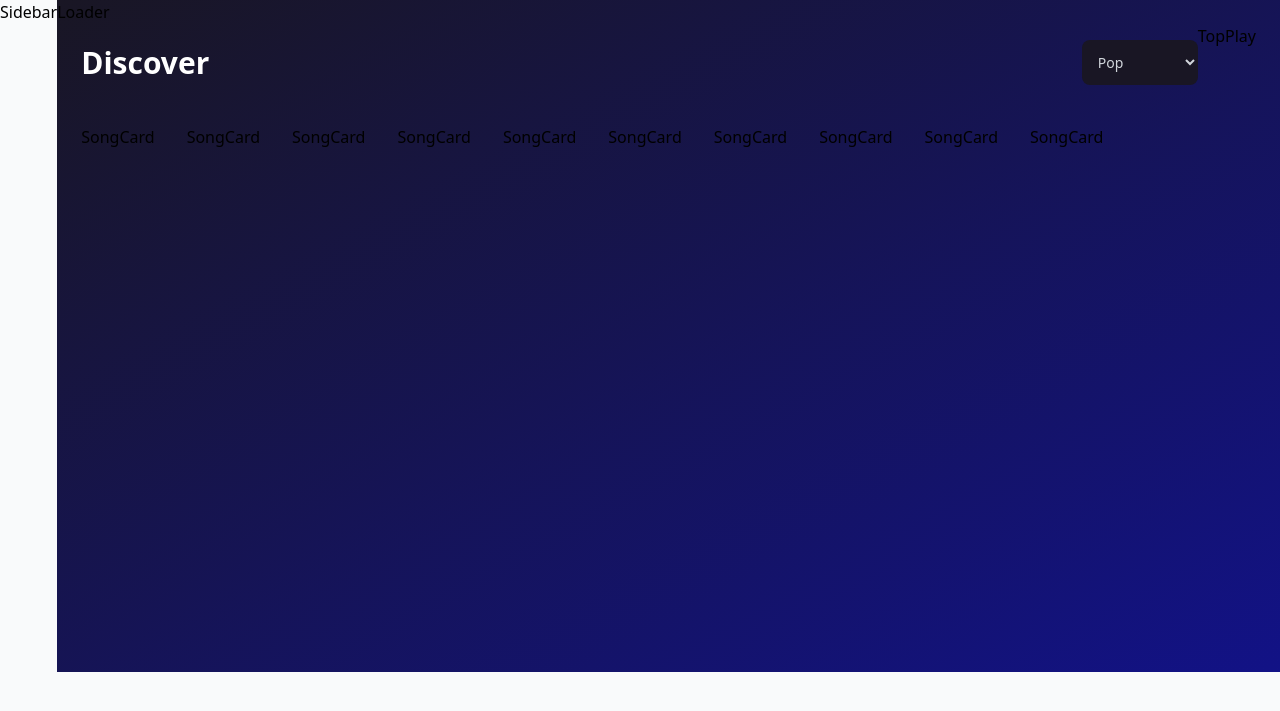
Repository: akinolapo/Music-App
Page: /
An editor plug-in stored every save of this project. The page is shown before and after the next save, followed by the edit.
The browser window is 1280 px wide. The pictures show the whole page.
The page's requests for data from a server got no answer. The project was rebuilt for these pictures with package versions that can differ from the ones it lists, and the page was loaded fresh each time. No one was signed in, and anything a server would have sent is missing. Also part of the build but not shown: vite.config.js, src/components/ArtistCard.jsx, src/components/DetailsHeader.jsx, src/components/PlayPause.jsx, src/components/SongBar.jsx, src/components/RelatedSongs.jsx, src/components/MusicPlayer/Controls.jsx, src/components/MusicPlayer/Player.jsx and 12 more.

Above is the page before, as saved 2022-09-24 20:45:12.

### src/redux/store.js
import { configureStore } from '@reduxjs/toolkit';

import playerReducer from './features/playerSlice';
import { shazamCoreApi } from './services/shazamCore';

export const store = configureStore({
  reducer: {
    [shazamCoreApi.reducerPath]: shazamCoreApi.reducer,
    player: playerReducer,
  },
  middleware: (getDefaultMiddleware) => getDefaultMiddleware().concat(shazamCoreApi.middleware)
});

### src/redux/features/playerSlice.js
import { createSlice } from '@reduxjs/toolkit';

const initialState = {
  currentSongs: [],
  currentIndex: 0,
  isActive: false,
  isPlaying: false,
  activeSong: {},
  genreListId: '',
};

const playerSlice = createSlice({
  name: 'player',
  initialState,
  reducers: {
    setActiveSong: (state, action) => {
      state.activeSong = action.payload.song;

      if (action.payload?.data?.tracks?.hits) {
        state.currentSongs = action.payload.data.tracks.hits;
      } else if (action.payload?.data?.properties) {
        state.currentSongs = action.payload?.data?.tracks;
      } else {
        state.currentSongs = action.payload.data;
      }

      state.currentIndex = action.payload.i;
      state.isActive = true;
    },

    nextSong: (state, action) => {
      if (state.currentSongs[action.payload]?.track) {
        state.activeSong = state.currentSongs[action.payload]?.track;
      } else {
        state.activeSong = state.currentSongs[action.payload];
      }

      state.currentIndex = action.payload;
      state.isActive = true;
    },

    prevSong: (state, action) => {
      if (state.currentSongs[action.payload]?.track) {
        state.activeSong = state.currentSongs[action.payload]?.track;
      } else {
        state.activeSong = state.currentSongs[action.payload];
      }

      state.currentIndex = action.payload;
      state.isActive = true;
    },

    playPause: (state, action) => {
      state.isPlaying = action.payload;
    },

    selectGenreListId: (state, action) => {
      state.genreListId = action.payload;
    },
  },
});

export const { setActiveSong, nextSong, prevSong, playPause, selectGenreListId } = playerSlice.actions;

export default playerSlice.reducer;

### src/redux/services/shazamCore.js
import { createApi, fetchBaseQuery } from '@reduxjs/toolkit/query/react';

export const shazamCoreApi = createApi({
  reducerPath: 'shazamCoreApi',
  baseQuery: fetchBaseQuery({
    baseUrl: 'https://shazam-core.p.rapidapi.com/v1',
    prepareHeaders: (headers) => {
      headers.set('X-RapidAPI-Key', '845ea87b68msh2742d9894fde6ebp1789ccjsn64ee6e16e934');

      return headers;
    },
  }),
  endpoints: (builder) => ({
    getTopCharts: builder.query({ query: () => '/charts/world' }),
  }),
});

export const {
  useGetTopChartsQuery,
} = shazamCoreApi;

### src/pages/Discover.jsx
import { Error, Loader, SongCard } from '../components';
import { genres } from '../assets/constants';

import { useGetTopChartsQuery } from '../redux/services/shazamCore';

const Discover = () => {
  const { data, isFetching, error} = useGetTopChartsQuery();
  const genreTitle = 'Pop';

  return (
    <div className="flex flex-col">
      <div className="w-full flex justify-between items-center sm:flex-row flex-col mt-4 mb-10">
        <h2 className="font-bold text-white text-3xl text-left">Discover</h2>
        <select onChange={() => { }} value="" className="bg-black text-gray-300 p-3 text-sm rounded-lg outline-none sm:mt-0 mt-5">
          {genres.map((genre) => <option key={genre.value} value={genre.value}>{genre.title}</option>)}
        </select>
      </div>
      <div className="flex flex-wrap sm:justify-start justify-center gap-8">
        {[1, 2, 3, 4, 5, 6, 7, 8, 9, 10].map((song, i) => (
          <SongCard key={song.key} song={song} i={i} />
        ))}
      </div>
    </div>
  );
};

export default Discover;

### src/assets/constants.js
import { HiOutlineHashtag, HiOutlineHome, HiOutlinePhotograph, HiOutlineUserGroup } from 'react-icons/hi';

export const genres = [
  { title: 'Pop', value: 'POP' },
  { title: 'Hip-Hop', value: 'HIP_HOP_RAP' },
  { title: 'Dance', value: 'DANCE' },
  { title: 'Electronic', value: 'ELECTRONIC' },
  { title: 'Soul', value: 'SOUL_RNB' },
  { title: 'Alternative', value: 'ALTERNATIVE' },
  { title: 'Rock', value: 'ROCK' },
  { title: 'Latin', value: 'LATIN' },
  { title: 'Film', value: 'FILM_TV' },
  { title: 'Country', value: 'COUNTRY' },
  { title: 'Worldwide', value: 'WORLDWIDE' },
  { title: 'Reggae', value: 'REGGAE_DANCE_HALL' },
  { title: 'House', value: 'HOUSE' },
  { title: 'K-Pop', value: 'K_POP' },
];

export const links = [
  { name: 'Discover', to: '/', icon: HiOutlineHome },
  { name: 'Around You', to: '/around-you', icon: HiOutlinePhotograph },
  { name: 'Top Artists', to: '/top-artists', icon: HiOutlineUserGroup },
  { name: 'Top Charts', to: '/top-charts', icon: HiOutlineHashtag },
];

Loaded but not shown: index.html (common file); src/index.jsx (common file); src/index.css (common file); src/App.jsx (common file); src/components/index.js (common file); src/pages/index.js (common file); src/components/Sidebar.jsx (common file); src/components/Searchbar.jsx (common file); src/components/SongCard.jsx (common file); src/components/TopPlay.jsx (common file); tailwind.config.js (common file)

After the next save:
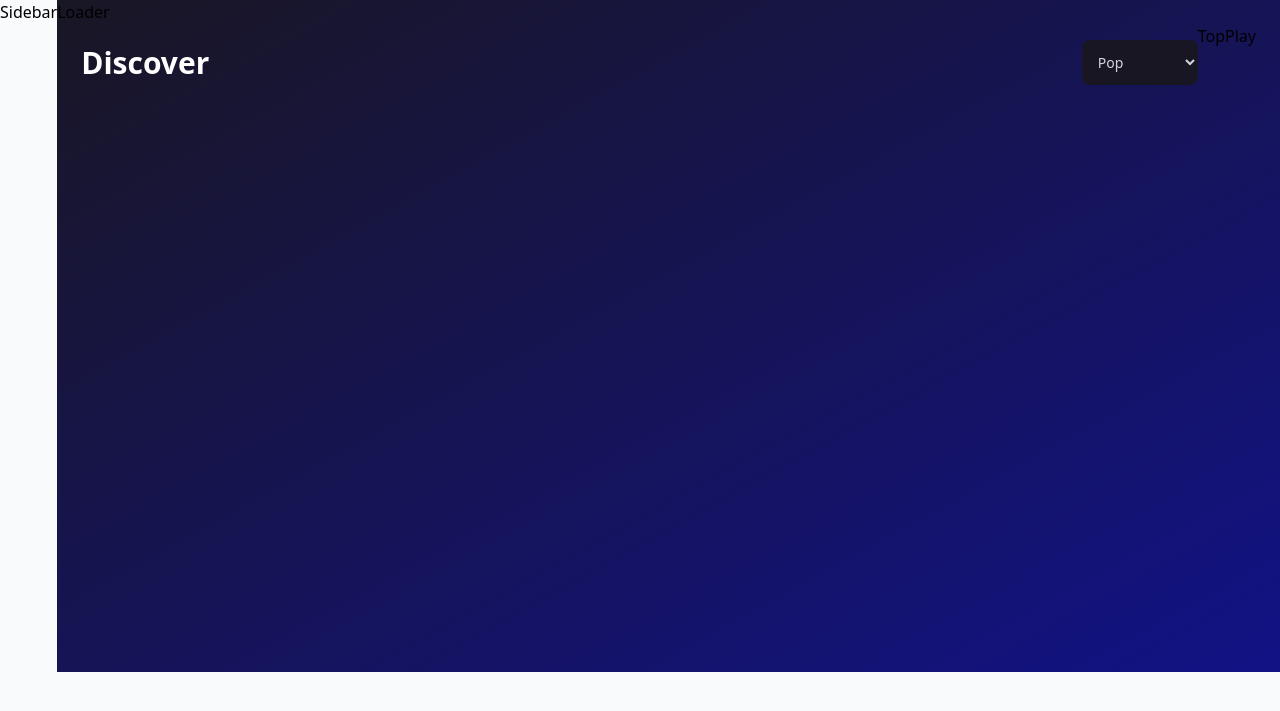
Saved 11 s later.
--- a/src/pages/Discover.jsx
+++ b/src/pages/Discover.jsx
@@ -16,7 +16,7 @@ const Discover = () => {
         </select>
       </div>
       <div className="flex flex-wrap sm:justify-start justify-center gap-8">
-        {[1, 2, 3, 4, 5, 6, 7, 8, 9, 10].map((song, i) => (
+        {[].map((song, i) => (
           <SongCard key={song.key} song={song} i={i} />
         ))}
       </div>
